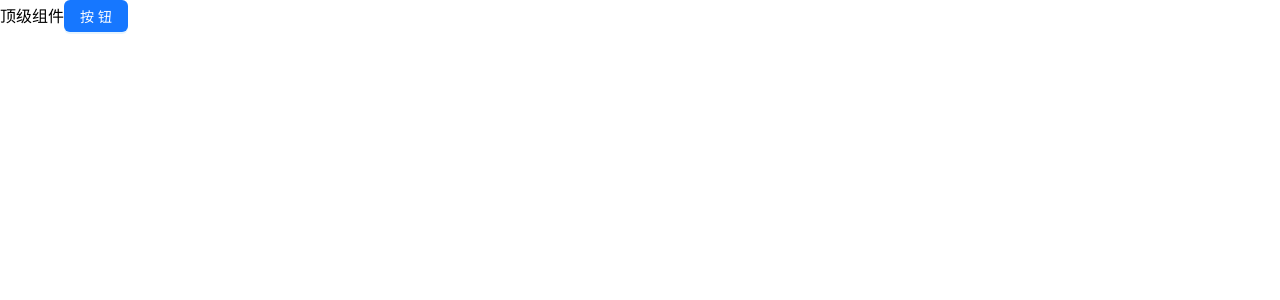
Repository: xzm1997/admin-management
Page: /
These files come from the project's save history. The page is drawn as it stood at one moment and after the next save; the edit follows.
The browser window is 1280 px wide. The pictures show the whole page.
The project was rebuilt for these pictures with package versions that can differ from the ones it lists, and the page was loaded fresh each time. Also part of the build but not shown: vite.config.ts.

Above is the page before, as saved 2023-03-28 16:45:58.

### src/main.tsx
import React from 'react'
import ReactDOM from 'react-dom/client'
import "reset-css"    // 置于APP前，防止样式覆盖
import "@/assets/styles/global.scss"
import App from './App'

ReactDOM.createRoot(document.getElementById('root') as HTMLElement).render(
  <React.StrictMode>
    <App />
  </React.StrictMode>,
)

### src/assets/styles/global.scss
$color:#fff;
body {
  background-color: $color;
  // 禁用文字选中
  user-select: none;
}
img {
  -webkit-user-drag: none;
}

### src/App.tsx
import { useState } from 'react'
import Comp1 from './components/Comp1'
import { Button } from 'antd';

function App() {
  const [count, setCount] = useState(0)

  return (
    <div className="App">
      顶级组件
      <Button type="primary">按钮</Button>
    </div>
  )
}

export default App

Loaded but not shown: index.html (common file)

After the next save:
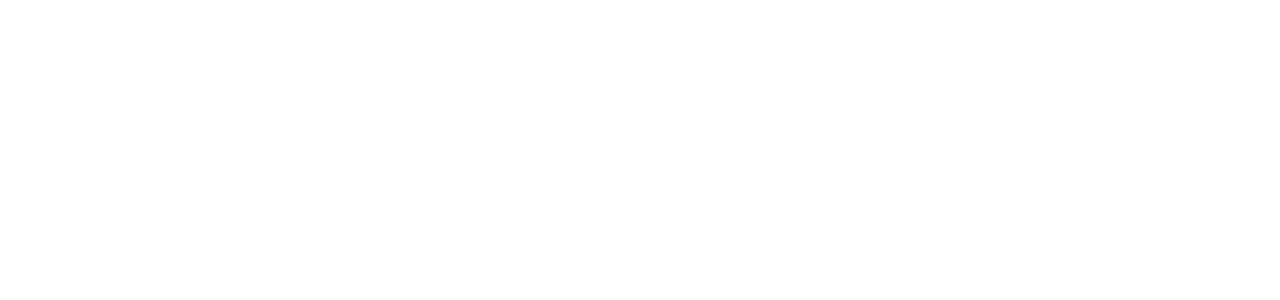
Console error: ReferenceError: UpCircleTwoTone is not defined
Saved 90 s later.
--- a/src/App.tsx
+++ b/src/App.tsx
@@ -9,6 +9,7 @@
     <div className="App">
       顶级组件
       <Button type="primary">按钮</Button>
+      <UpCircleTwoTone />
     </div>
   )
 }

After the save that followed:
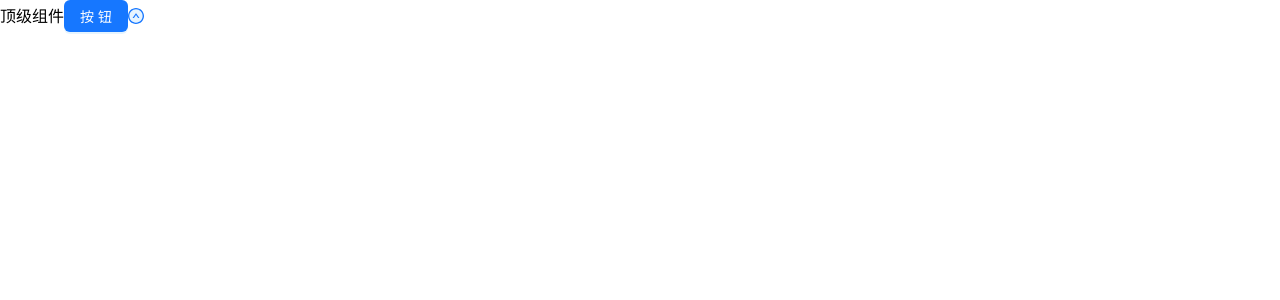
The error is gone.
Saved 66 s later.
--- a/src/App.tsx
+++ b/src/App.tsx
@@ -1,6 +1,7 @@
 import { useState } from 'react'
 import Comp1 from './components/Comp1'
 import { Button } from 'antd';
+import { UpCircleTwoTone } from "@ant-design/icons"
 
 function App() {
   const [count, setCount] = useState(0)
